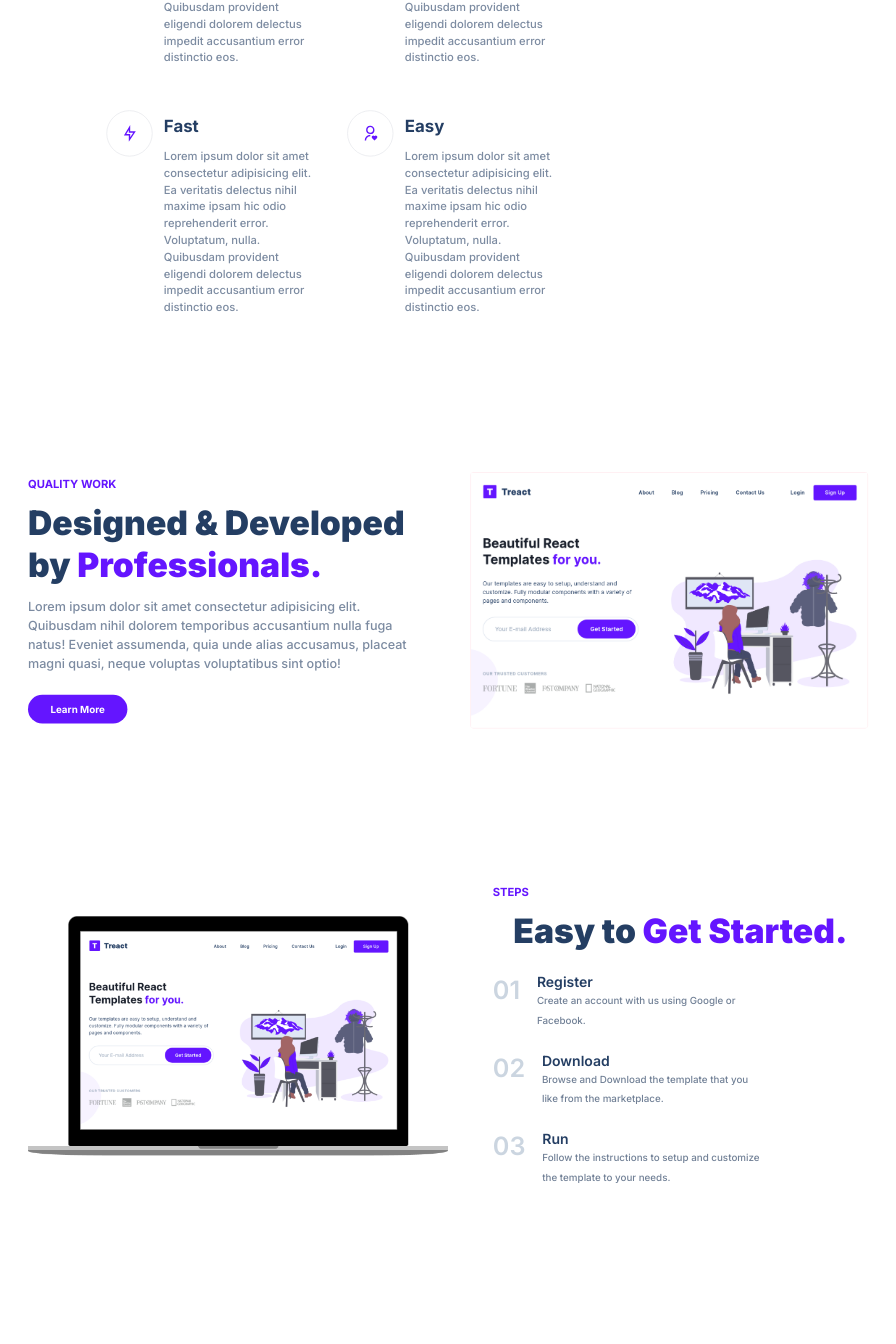
Repository: avivanguyen/m2_fianlProject
Page: index.html
An editor plug-in stored every save of this project. The page is shown before and after the next save, followed by the edit.
The browser window is 1280 px wide. The pictures show the part of the page from y = 1661 to 3581 px (the page is 3581 px tall before and 3539 px after), at 70% of full size.
Some web libraries are served in a nearby version.

Above is the page before, as saved 2025-12-09 02:32:48.

After the next save:
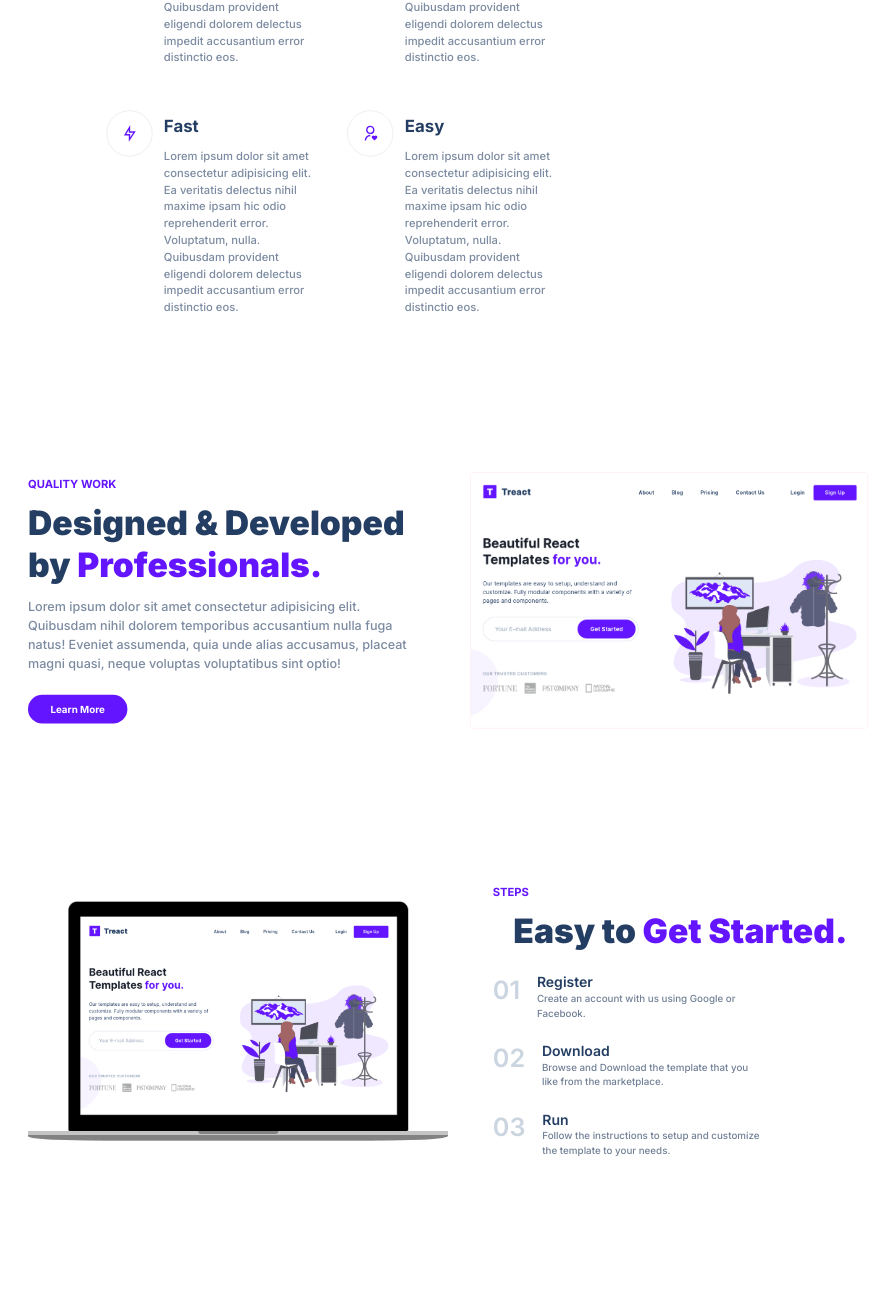
Saved 17 s later.
--- a/styles.css
+++ b/styles.css
@@ -388,5 +388,5 @@ Steps styling
     color: #718096;
     font-size: 14px;
     font-weight: 500;
-    line-height: 2;
-}
+    line-height: 1.5;
+}
